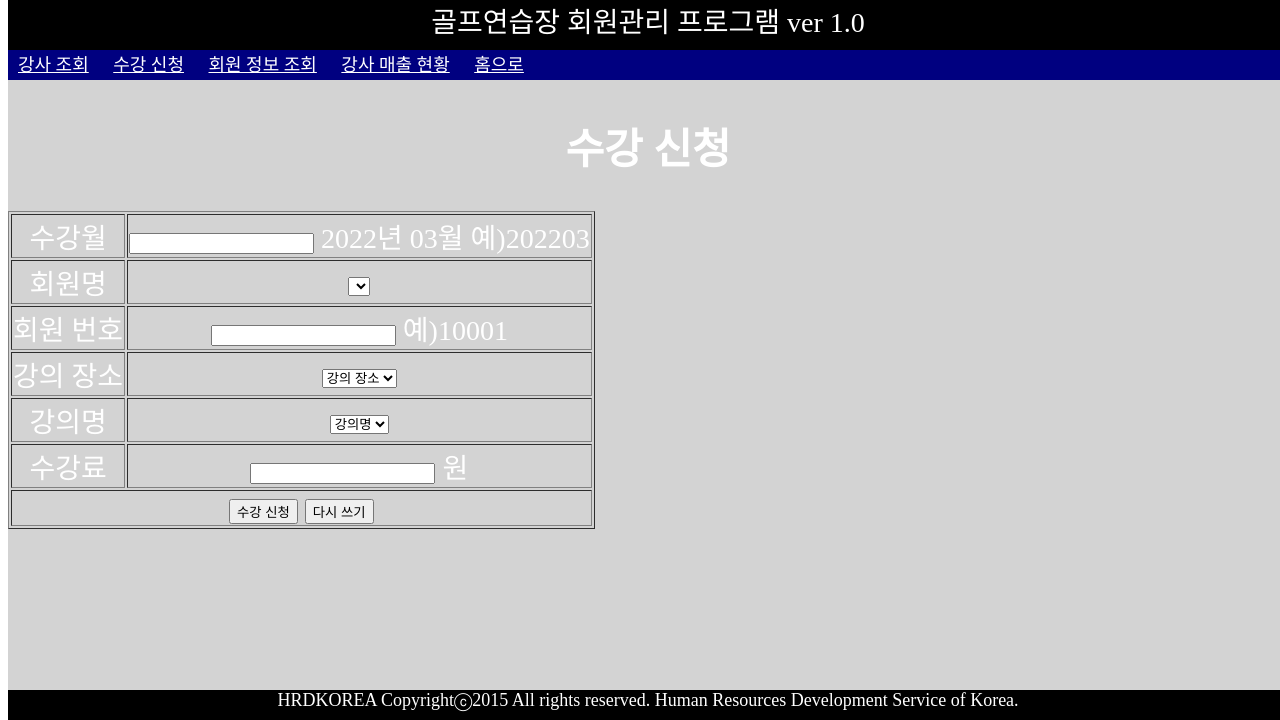
Repository: wwwxsv19/HRDkorea
Page: http://localhost/golf/insert.jsp
An editor plug-in stored every save of this project. The page is shown before and after the next save, followed by the edit.
The browser window is 1280 px wide. The pictures show the whole page.
The page is served by Tomcat 9. Queries for data that is not in the repository find no rows.

Above is the page before, as saved 2024-06-25 08:30:10.

After the next save:
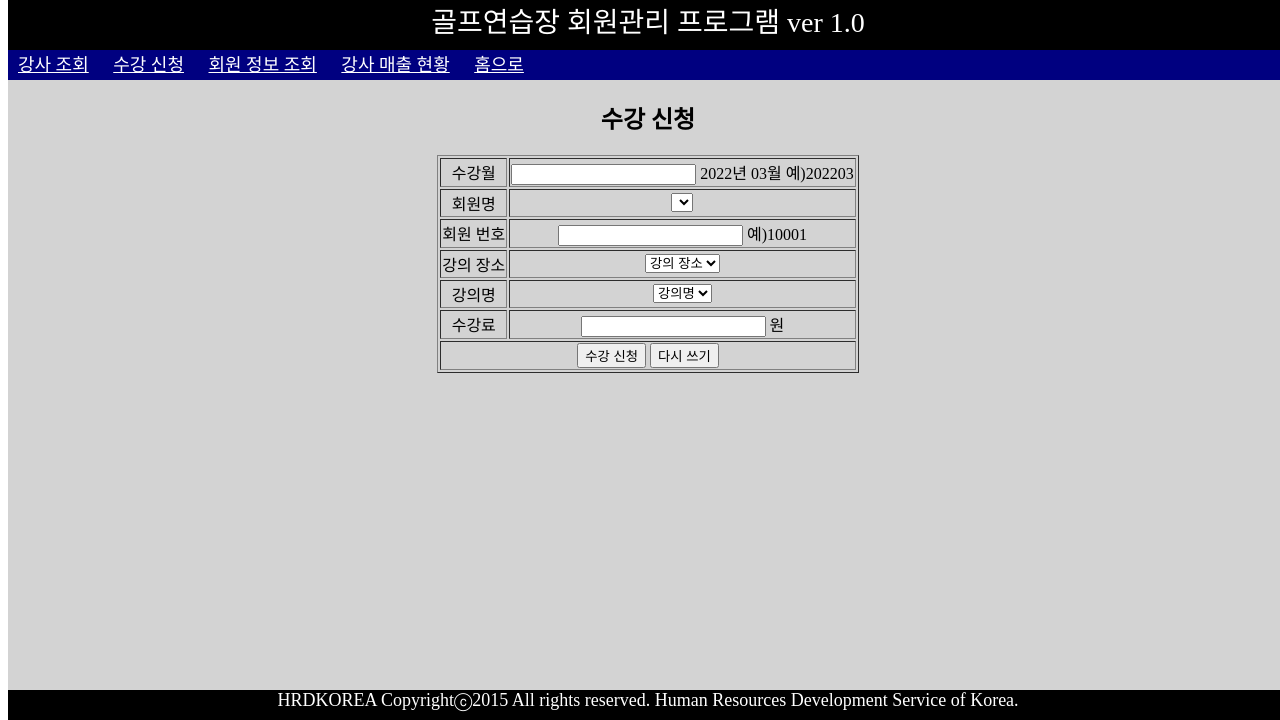
Saved 36 s later.
--- a/golf/golf/src/main/webapp/style.css
+++ b/golf/golf/src/main/webapp/style.css
@@ -19,8 +19,19 @@
 section {
 	position : fixed; top : 80px;
 	width : 100%; height : 100%;
-	background-color : lightgray; color : white;
-	text-align : center; font-size : 28px;
+	background-color : lightgray; color : black;
+}
+
+section > h1 {
+	text-align : center;
+}
+
+table {
+	margin : 0px auto;
+}
+
+table > * {
+	text-align : center;
 }
 
 footer {
